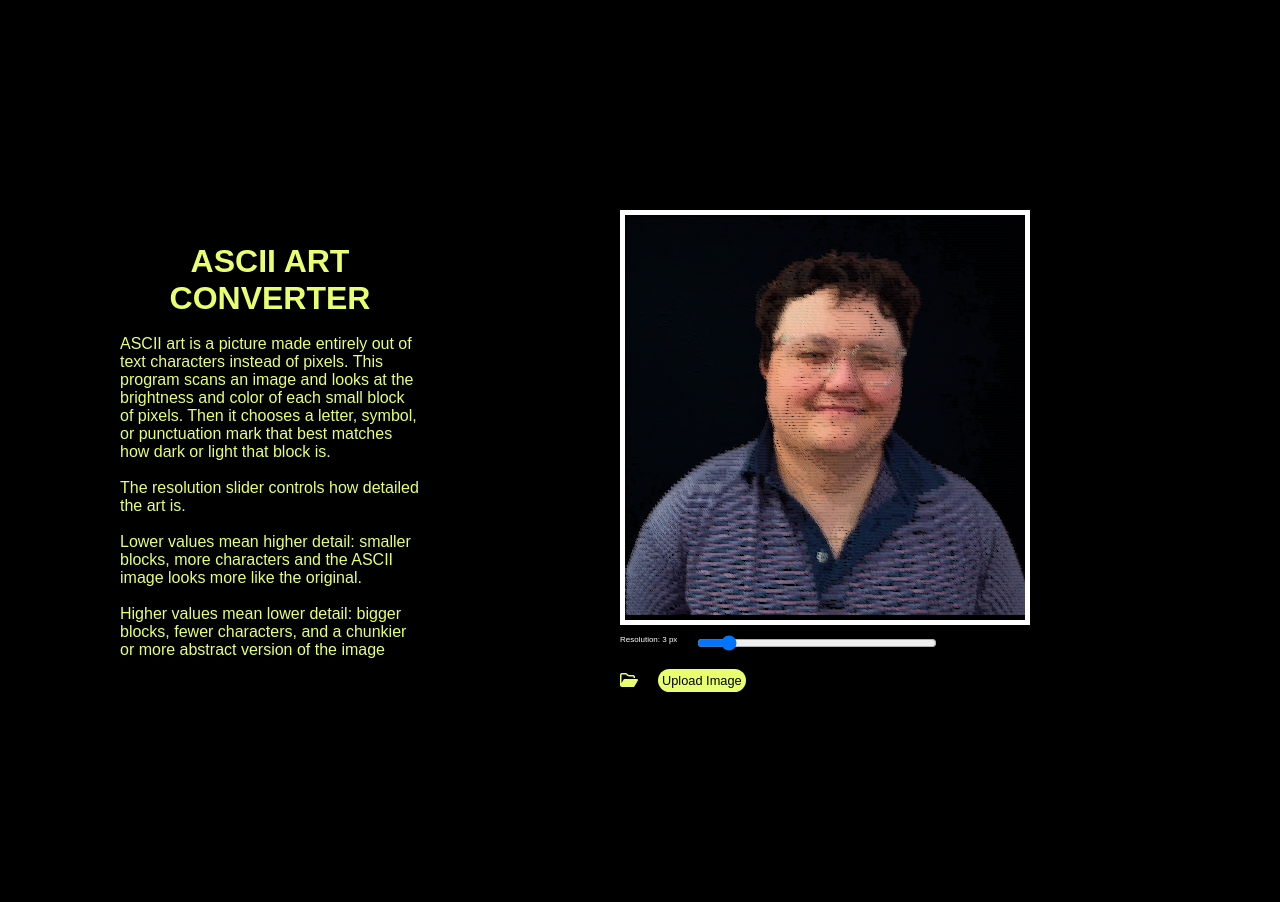
Repository: rosieomusic/ascii-art
Page: index.html
An editor plug-in stored every save of this project. The page is shown before and after the next save, followed by the edit.
The browser window is 1280 px wide. The pictures show the whole page.
Some web libraries are served in a nearby version.

Above is the page before, as saved 2025-05-06 19:41:34.

After the next save:
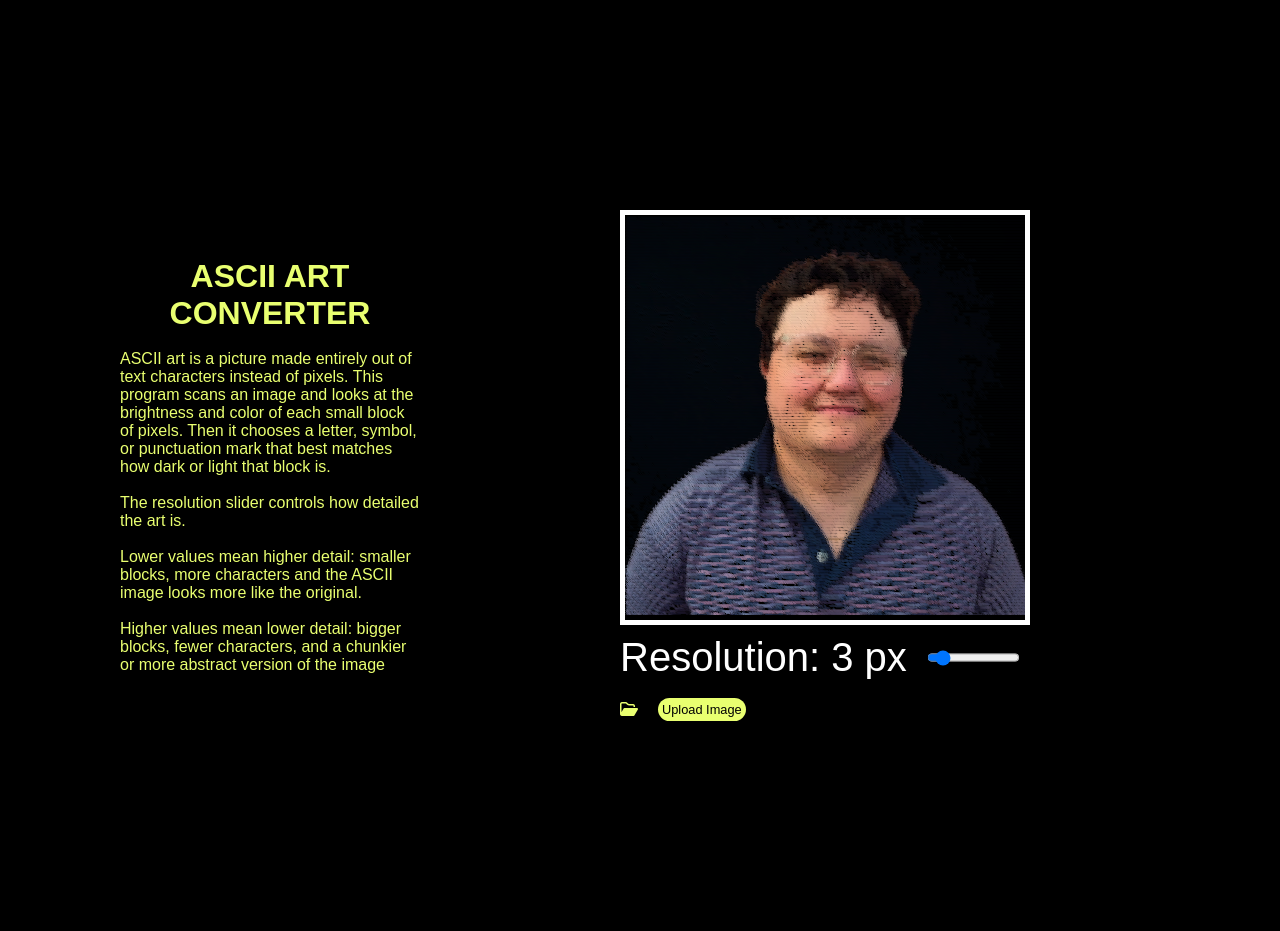
Saved 12 s later.
--- a/styles.css
+++ b/styles.css
@@ -95,7 +95,7 @@ i {
 
 	.controls > label {
 		padding-right: 20px;
-		font-size: 0.5rem;
+		font-size: 2.5rem;
 		white-space: nowrap;
 	}
 }
